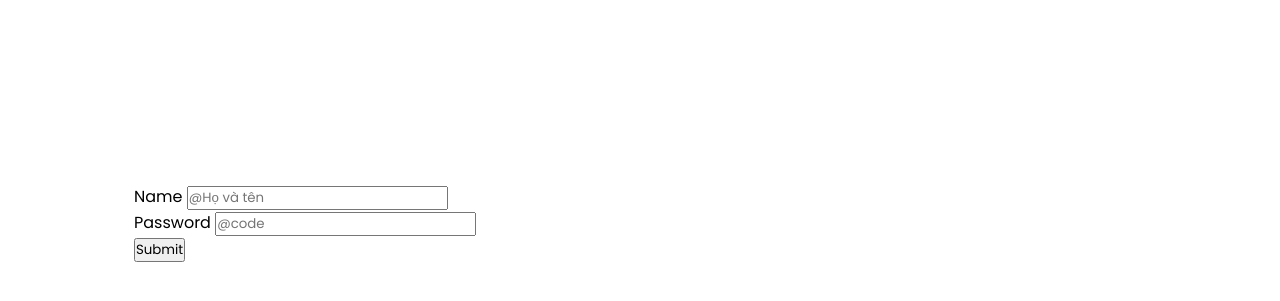
Repository: TruongVu299/Nhom21_NguyenThiNgocLam_DoTruongVu
Page: SourcesCode/index2.html
These files come from the project's save history. The page is drawn as it stood at one moment and after the next save; the edit follows.
The browser window is 1280 px wide. The pictures show the whole page.

Above is the page before, as saved 2023-04-22 02:29:59.

### SourcesCode/index2.html
<!DOCTYPE html>
<html lang="en">
<head>
    <meta charset="UTF-8">
    <meta http-equiv="X-UA-Compatible" content="IE=edge">
    <meta name="viewport" content="width=device-width, initial-scale=1.0">
    <title>Đăng nhập</title>
    <link rel="stylesheet" href="./style2.css">
</head>
<body>
    <div id="wrapper">
        <div id="header1">
            <label >Name</label>
            <input placeholder="@Họ và tên" >
        </div>
        <div id="header2">
            <label>Password</label>
            <input placeholder="@code" >
        </div>
        <div id="header3">
            <button >Submit</button>
        </div>
    </div>
</body>
</html>

### SourcesCode/style2.css
@import url('https://fonts.googleapis.com/css2?family=Poppins:ital,wght@0,400;0,500;0,600;1,200;1,400;1,500&display=swap');
*{
    padding:0;
    margin:0;
    box-sizing: border-box;
    font-family:'Poppins', sans-serif;
    cursor: pointer;
}
#wrapper {
    width: 1012px;
    height: 478px;
    margin:0px auto;
    margin-top:184px;
    margin-bottom: 50px;
}

After the next save:
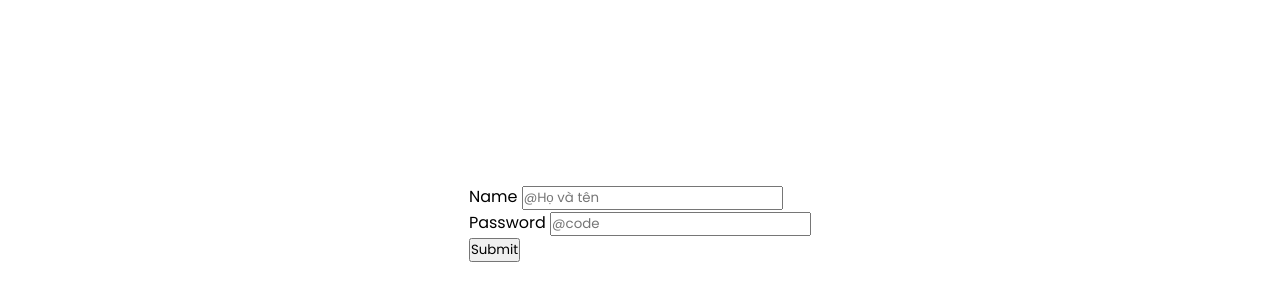
Saved 31 s later.
--- a/SourcesCode/style2.css
+++ b/SourcesCode/style2.css
@@ -7,7 +7,7 @@
     cursor: pointer;
 }
 #wrapper {
-    width: 1012px;
+    width:max-content;
     height: 478px;
     margin:0px auto;
     margin-top:184px;
